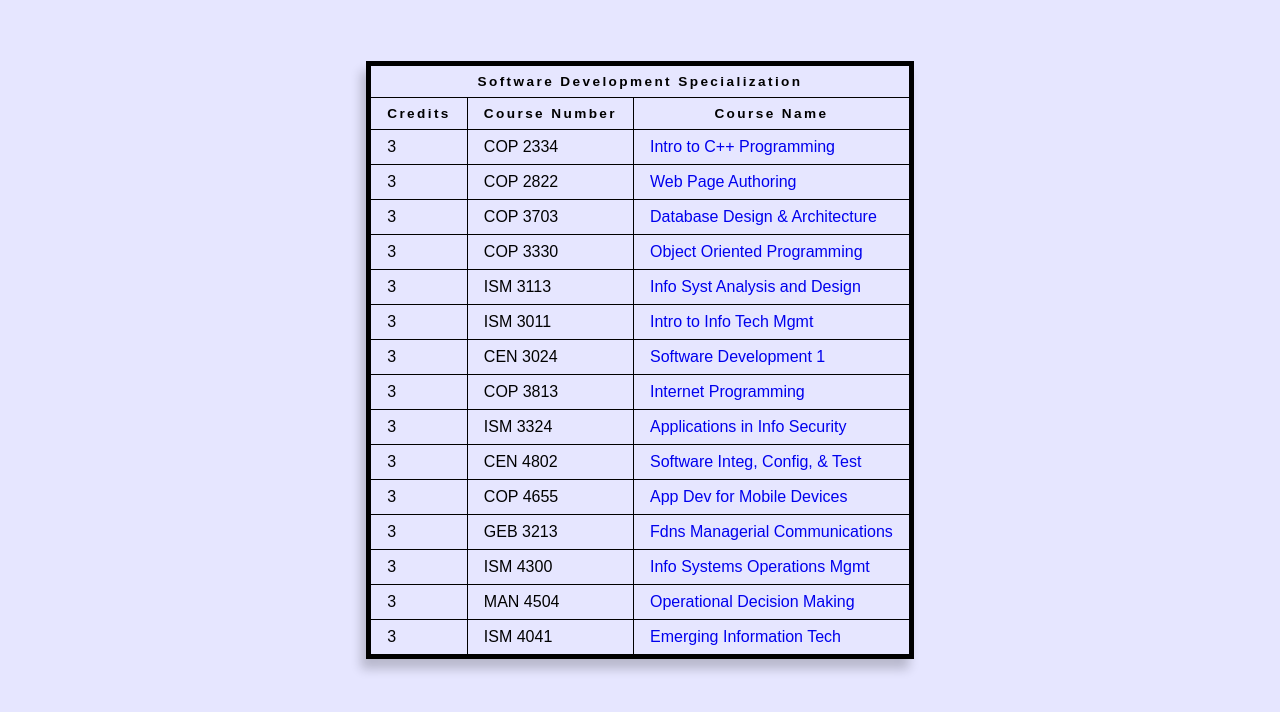
Repository: mlmEFSC21/P5-DegreeTableStyling
Page: FormattedProgramSpecialization3.html
These files come from the project's save history. The page is drawn as it stood at one moment and after the next save; the edit follows.
The browser window is 1280 px wide. The pictures show the whole page.
Some web fonts or font styles are not loaded; a fallback is used.

Above is the page before, as saved 2022-02-07 15:37:30.

### FormattedProgramSpecialization3.html
<!DOCTYPE html>
<html lang="en">
    <head>
        <meta charset="UTF-8" />
        <meta http-equiv="X-UA-Compatible" content="IE=edge" />
        <meta name="viewport" content="width=device-width, initial-scale=1.0" />
        <link rel="stylesheet" href="tableStyles.css" />
        <title>Degree Specialization Table</title>
    </head>
    <body>
        <table>
            <thead>
                <tr class="tableTitle">
                    <th colspan="3">Software Development Specialization</th>
                </tr>
                <tr class="colTitles">
                    <th>Credits</th>
                    <th>Course Number</th>
                    <th>Course Name</th>
                </tr>
            </thead>
            <tbody>
                <tr>
                    <td>3</td>
                    <td>COP 2334</td>
                    <td>
                        <a
                            href="https://bannerweb.easternflorida.edu/prod/bwckctlg.p_disp_course_detail?cat_term_in=202210&subj_code_in=COP&crse_numb_in=2334"
                            >Intro to C++ Programming</a
                        >
                    </td>
                </tr>
                <tr>
                    <td>3</td>
                    <td>COP 2822</td>
                    <td>
                        <a
                            href="https://bannerweb.easternflorida.edu/prod/bwckctlg.p_disp_course_detail?cat_term_in=202210&subj_code_in=COP&crse_numb_in=2822"
                            >Web Page Authoring</a
                        >
                    </td>
                </tr>
                <tr>
                    <td>3</td>
                    <td>COP 3703</td>
                    <td>
                        <a
                            href="https://bannerweb.easternflorida.edu/prod/bwckctlg.p_disp_course_detail?cat_term_in=202210&subj_code_in=COP&crse_numb_in=3703"
                            >Database Design & Architecture</a
                        >
                    </td>
                </tr>
                <tr>
                    <td>3</td>
                    <td>COP 3330</td>
                    <td>
                        <a
                            href="https://bannerweb.easternflorida.edu/prod/bwckctlg.p_disp_course_detail?cat_term_in=202210&subj_code_in=COP&crse_numb_in=3330"
                            >Object Oriented Programming</a
                        >
                    </td>
                </tr>
                <tr>
                    <td>3</td>
                    <td>ISM 3113</td>
                    <td>
                        <a
                            href="https://bannerweb.easternflorida.edu/prod/bwckctlg.p_disp_course_detail?cat_term_in=202210&subj_code_in=ISM&crse_numb_in=3113"
                            >Info Syst Analysis and Design</a
                        >
                    </td>
                </tr>
                <tr>
                    <td>3</td>
                    <td>ISM 3011</td>
                    <td>
                        <a
                            href="https://bannerweb.easternflorida.edu/prod/bwckctlg.p_disp_course_detail?cat_term_in=202210&subj_code_in=ISM&crse_numb_in=3011"
                            >Intro to Info Tech Mgmt</a
                        >
                    </td>
                </tr>
                <tr>
                    <td>3</td>
                    <td>CEN 3024</td>
                    <td>
                        <a
                            href="https://bannerweb.easternflorida.edu/prod/bwckctlg.p_disp_course_detail?cat_term_in=202210&subj_code_in=CEN&crse_numb_in=3024"
                            >Software Development 1</a
                        >
                    </td>
                </tr>
                <tr>
                    <td>3</td>
                    <td>COP 3813</td>
                    <td>
                        <a
                            href="https://bannerweb.easternflorida.edu/prod/bwckctlg.p_disp_course_detail?cat_term_in=202210&subj_code_in=COP&crse_numb_in=3813"
                            >Internet Programming</a
                        >
                    </td>
                </tr>
                <tr>
                    <td>3</td>
                    <td>ISM 3324</td>
                    <td>
                        <a
                            href="https://bannerweb.easternflorida.edu/prod/bwckctlg.p_disp_course_detail?cat_term_in=202210&subj_code_in=ISM&crse_numb_in=3324"
                            >Applications in Info Security</a
                        >
                    </td>
                </tr>
                <tr>
                    <td>3</td>
                    <td>CEN 4802</td>
                    <td>
                        <a
                            href="https://bannerweb.easternflorida.edu/prod/bwckctlg.p_disp_course_detail?cat_term_in=202210&subj_code_in=CEN&crse_numb_in=4802"
                            >Software Integ, Config, & Test</a
                        >
                    </td>
                </tr>
                <tr>
                    <td>3</td>
                    <td>COP 4655</td>
                    <td>
                        <a
                            href="https://bannerweb.easternflorida.edu/prod/bwckctlg.p_disp_course_detail?cat_term_in=202210&subj_code_in=COP&crse_numb_in=4655"
                            >App Dev for Mobile Devices</a
                        >
                    </td>
                </tr>
                <tr>
                    <td>3</td>
                    <td>GEB 3213</td>
                    <td>
                        <a
                            href="https://bannerweb.easternflorida.edu/prod/bwckctlg.p_disp_course_detail?cat_term_in=202210&subj_code_in=GEB&crse_numb_in=3213"
                            >Fdns Managerial Communications</a
                        >
                    </td>
                </tr>
                <tr>
                    <td>3</td>
                    <td>ISM 4300</td>
                    <td>
                        <a
                            href="https://bannerweb.easternflorida.edu/prod/bwckctlg.p_disp_course_detail?cat_term_in=202210&subj_code_in=ISM&crse_numb_in=4300"
                            >Info Systems Operations Mgmt</a
                        >
                    </td>
                </tr>
                <tr>
                    <td>3</td>
                    <td>MAN 4504</td>
                    <td>
                        <a
                            href="https://bannerweb.easternflorida.edu/prod/bwckctlg.p_disp_course_detail?cat_term_in=202210&subj_code_in=MAN&crse_numb_in=4504"
                            >Operational Decision Making</a
                        >
                    </td>
                </tr>
                <tr>
                    <td>3</td>
                    <td>ISM 4041</td>
                    <td>
                        <a
                            href="https://bannerweb.easternflorida.edu/prod/bwckctlg.p_disp_course_detail?cat_term_in=202210&subj_code_in=ISM&crse_numb_in=4041"
                            >Emerging Information Tech</a
                        >
                    </td>
                </tr>
            </tbody>
        </table>
    </body>
</html>

### tableStyles.css
@import url("https://fonts.googleapis.com/css2?family=Spectral:wght@400&display=swap");

:root {
    --clr-prime: #003c5e;
    --clr-second: #1a2028;
    --clr-accent: #8fb500;
    --clr-font-prime: #5b8ead;
    --clr-font-second: black;
    --clr-background: #e6e6ff;
}
*,
*::before,
*::after {
    margin: 0;
    padding: 0;
    box-sizing: border-box;
}
body {
    font-family: Spectral, sans-serif;
    height: 100vh;
    display: grid;
    align-items: center;
    justify-content: center;
    background-color: var(--clr-background);
}
caption {
    letter-spacing: 0.15rem;
    font-weight: 900;
}
table {
    border-collapse: collapse;
    box-shadow: -5px 10px 10px rgba(0, 0, 0, 0.2);
    border: 5px solid black;
    padding: 0.25rem;
}
thead {
    letter-spacing: 0.15rem;
    font-size: 0.85rem;
    font-weight: 900;
}
th:first-child {
    font-size: 36;
    font-weight: bold;
    text-align: center;
}
th {
    border: 1px solid black;
    padding: 0.5rem 1rem;
}
td {
    border: 1px solid black;
    padding: 0.5rem 1rem;
    align-items: center;
    justify-content: center;
}
a {
    text-decoration: none;
}
a:hover {
    color: var(--clr-prime);
    text-decoration: underline;
}

After the next save:
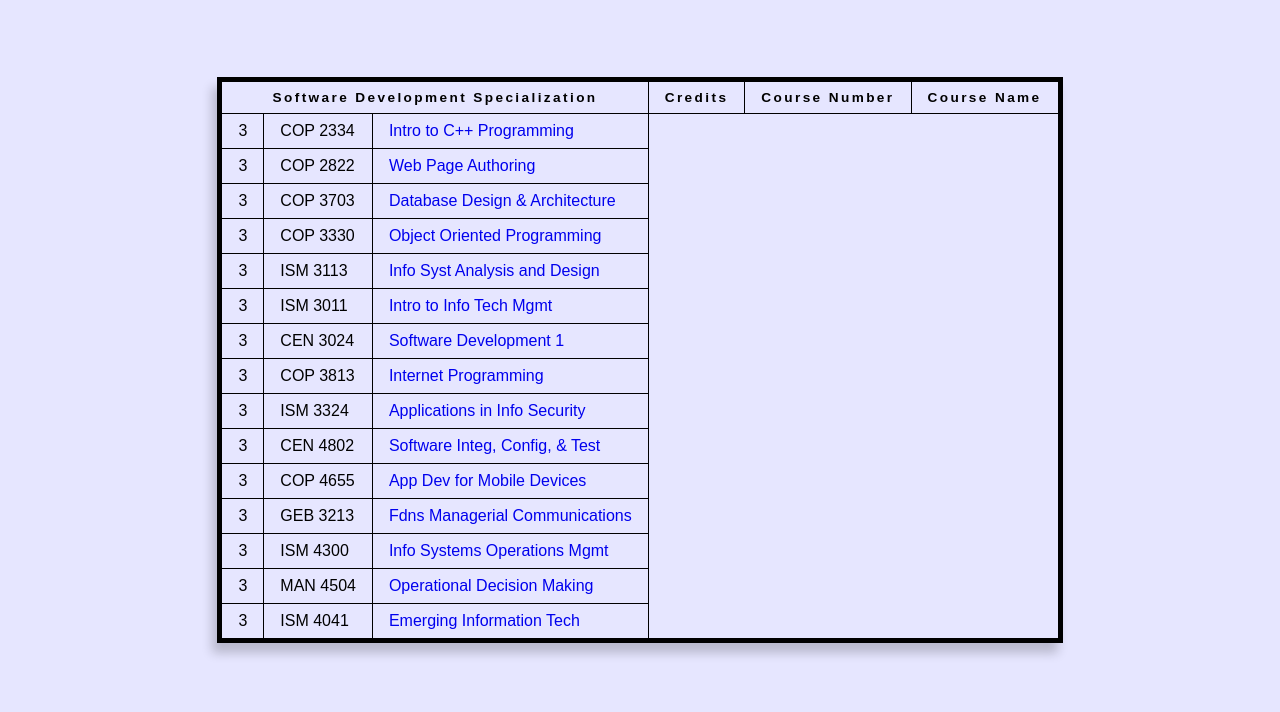
Saved 25 s later.
--- a/FormattedProgramSpecialization3.html
+++ b/FormattedProgramSpecialization3.html
@@ -12,8 +12,7 @@
             <thead>
                 <tr class="tableTitle">
                     <th colspan="3">Software Development Specialization</th>
-                </tr>
-                <tr class="colTitles">
+
                     <th>Credits</th>
                     <th>Course Number</th>
                     <th>Course Name</th>

After the save that followed:
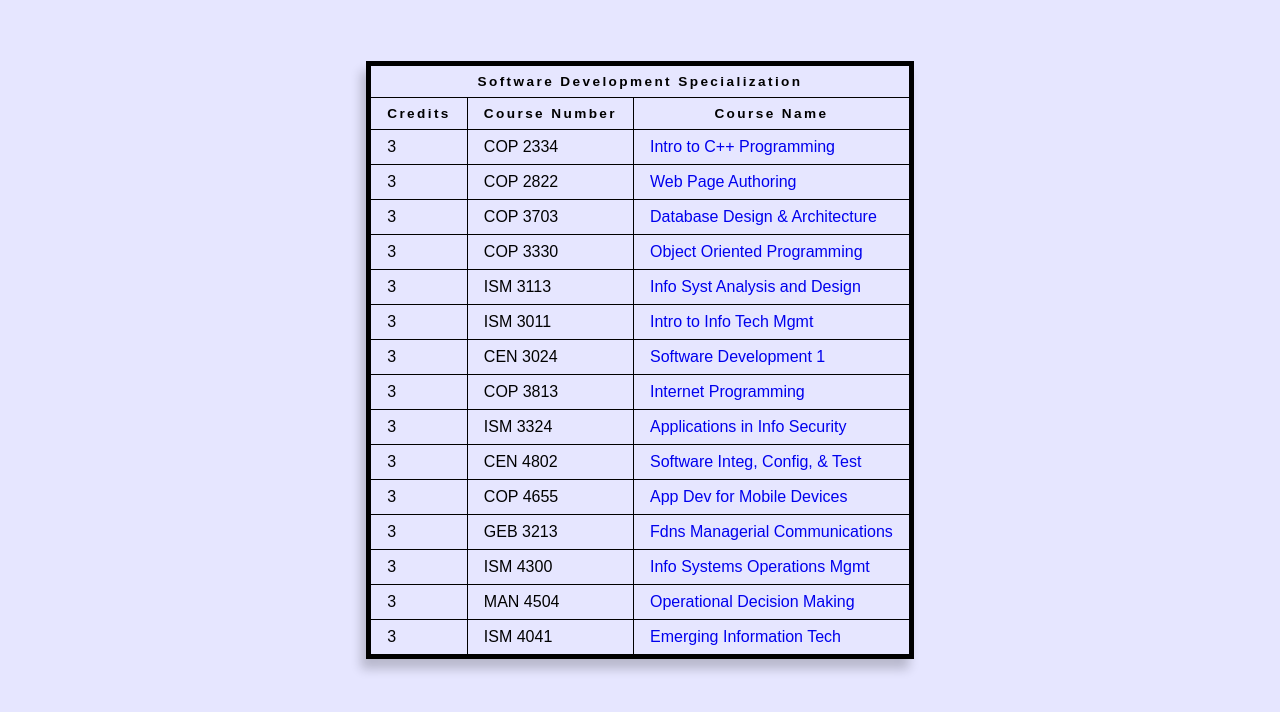
Saved 11 s later.
--- a/FormattedProgramSpecialization3.html
+++ b/FormattedProgramSpecialization3.html
@@ -12,7 +12,8 @@
             <thead>
                 <tr class="tableTitle">
                     <th colspan="3">Software Development Specialization</th>
-
+                </tr>
+                <tr class="colTitles">
                     <th>Credits</th>
                     <th>Course Number</th>
                     <th>Course Name</th>
